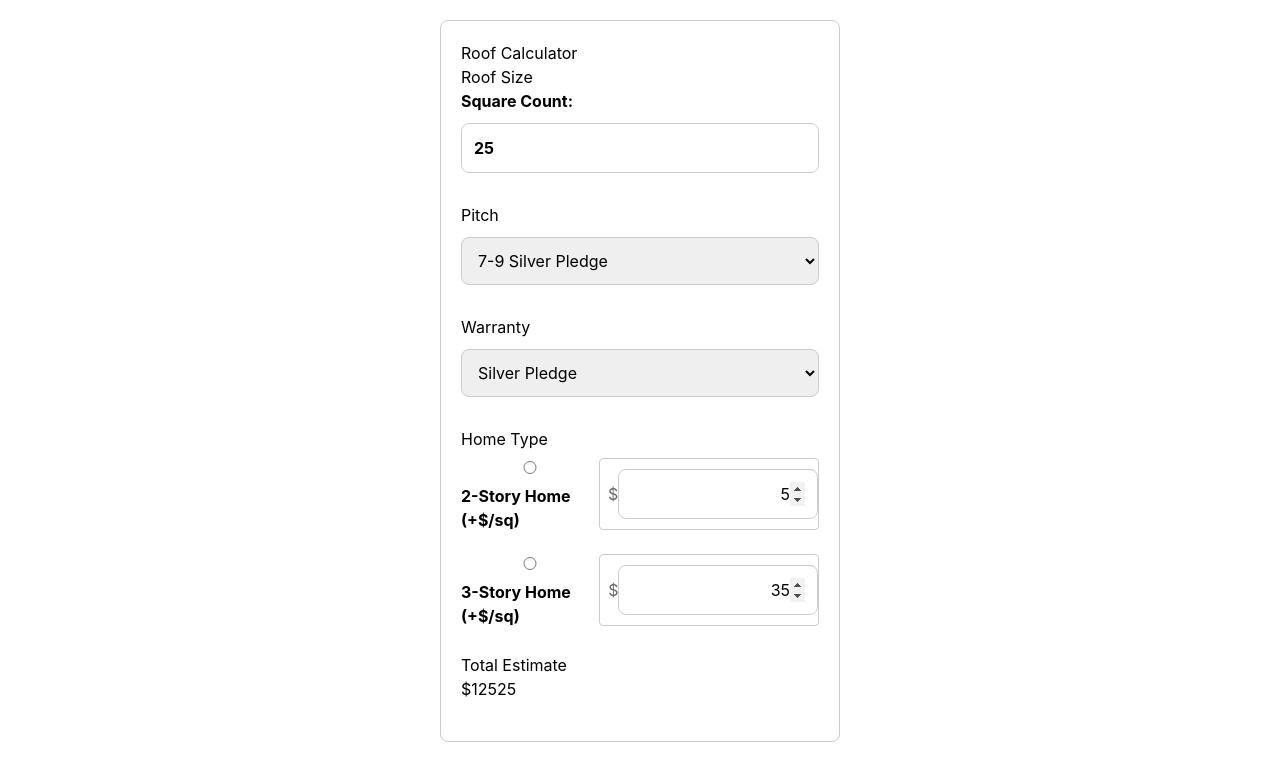
Repository: Tripp-L/roof-calc-app
Page: /
The author's editor kept a copy of each file at every save. The page is drawn from the files as they stood at one save, then again after the next save.
The browser window is 1280 px wide. The pictures show the whole page.
The project was rebuilt for these pictures with package versions that can differ from the ones it lists, and the page was loaded fresh each time.

Above is the page before, as saved 2024-10-13 23:03:00.

After the next save:
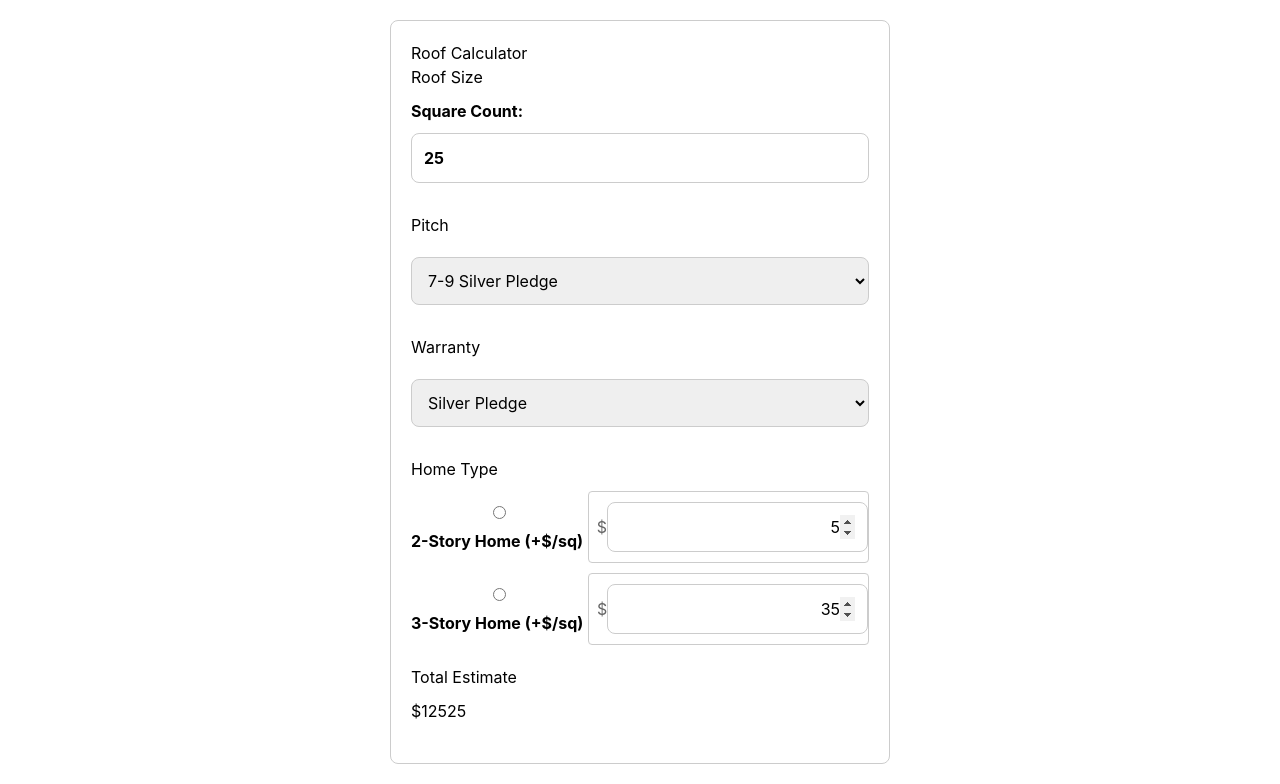
Saved 19 s later.
--- a/src/RoofCalculator.css
+++ b/src/RoofCalculator.css
@@ -1,9 +1,9 @@
 .calculator {
+  max-width: 500px;
+  margin: 0 auto;
+  padding: 20px;
   border: 1px solid #ccc;
   border-radius: 8px;
-  padding: 20px;
-  max-width: 400px;
-  margin: 0 auto;
 }
 
 .calculator h2 {
@@ -12,6 +12,19 @@
 
 .calculator-section {
   margin-bottom: 20px;
+}
+
+.calculator-section h3 {
+  margin-bottom: 10px;
+}
+
+input[type="number"],
+select {
+  width: 100%;
+  padding: 8px;
+  margin-top: 5px;
+  border: 1px solid #ccc;
+  border-radius: 4px;
 }
 
 .home-type-option {
@@ -31,7 +44,6 @@
   align-items: center;
   border: 1px solid #ccc;
   border-radius: 4px;
-  overflow: hidden;
 }
 
 .price-symbol {
@@ -40,11 +52,9 @@
 }
 
 .price-input {
+  width: 60px;
   border: none;
-  outline: none;
   padding: 8px;
-  width: 60px;
-  font-size: 16px;
   text-align: right;
 }
 
